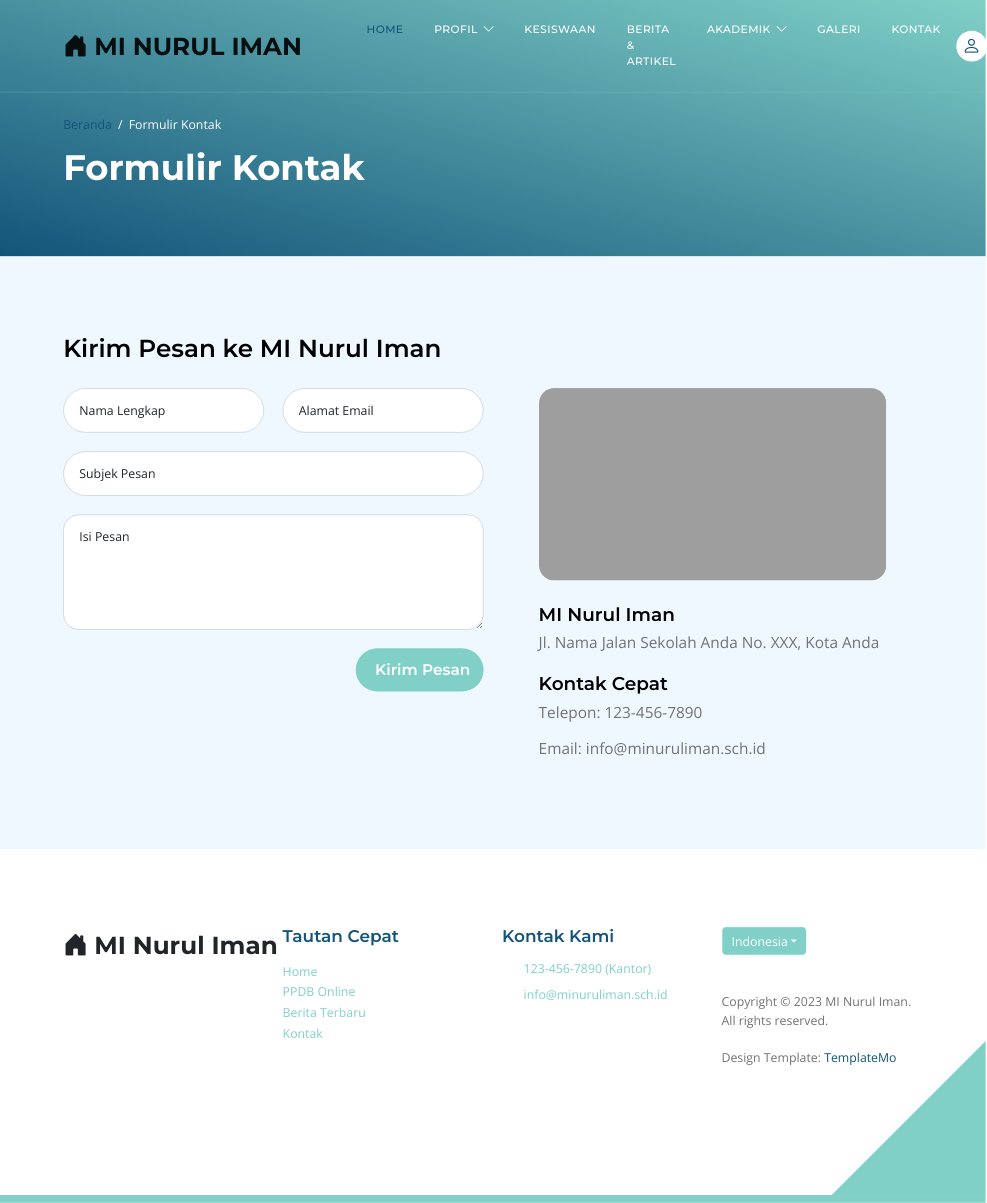
Repository: MKennyChaniago/sekolah-mi-nurul-iman
Page: http://localhost/kontak
An editor plug-in stored every save of this project. The page is shown before and after the next save, followed by the edit.
The browser window is 1280 px wide. The page is 1282 px wide, so the pictures cover 1282 px, including what lies to the right of the window. The pictures show the whole page, at 77% of full size.
Pictures or frames that could not be fetched are drawn as grey boxes. The page is served by the project's Laravel application, run on PHP 8.4 with Laravel 12.

Above is the page before, as saved 2025-12-01 15:03:26.
Console error: TypeError: Cannot read properties of undefined (reading 'top')

After the next save:
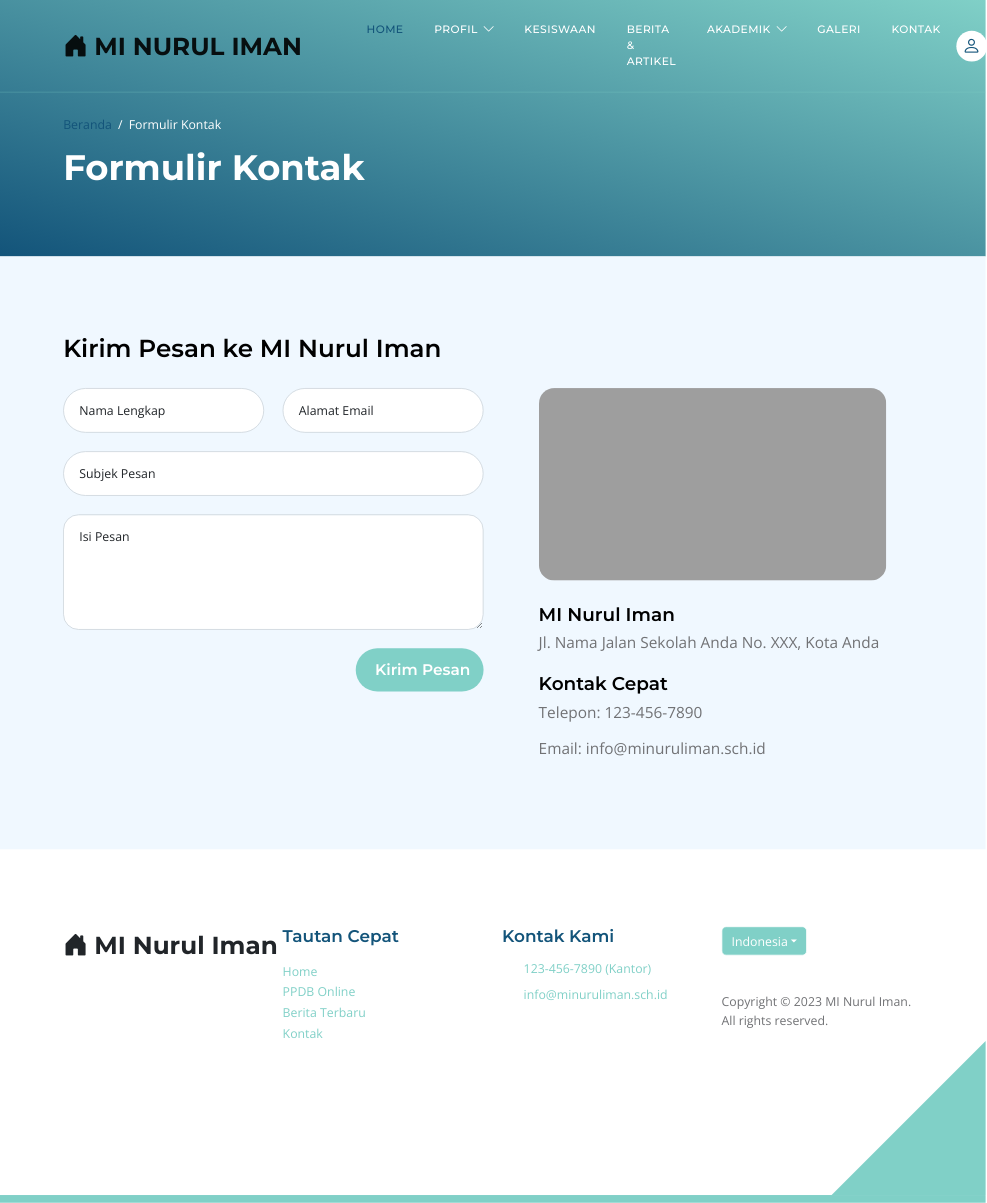
Saved 18 s later.
--- a/resources/views/layouts/frontend.blade.php
+++ b/resources/views/layouts/frontend.blade.php
@@ -140,7 +140,7 @@
                         </div>
 
                         <p class="copyright-text mt-lg-5 mt-4">Copyright © {{ date('Y') }} MI Nurul Iman. All rights reserved.
-                        <br><br>Design Template: <a rel="nofollow" href="https://templatemo.com" target="_blank">TemplateMo</a></p>
+                        {{-- <br><br>Design Template: <a rel="nofollow" href="https://templatemo.com" target="_blank">TemplateMo</a></p> --}}
 
                     </div>
 
